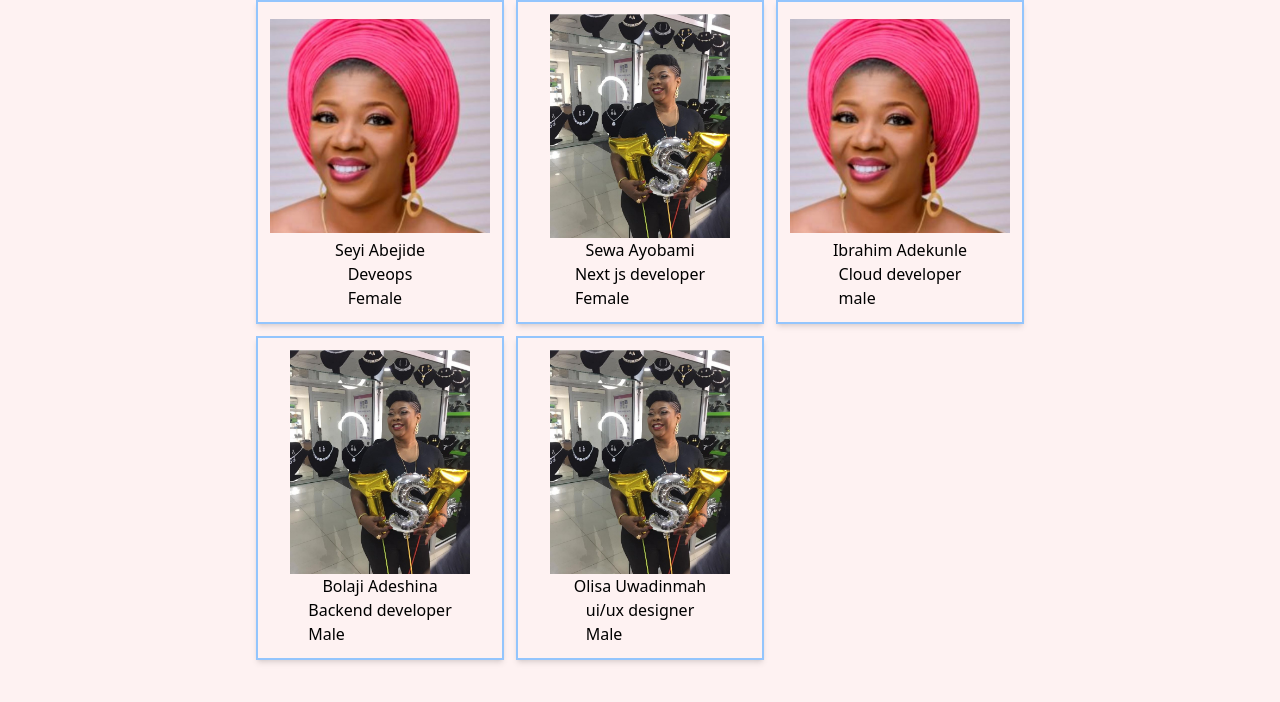
Repository: Semanmernstack/Bincom
Page: /
An editor plug-in stored every save of this project. The page is shown before and after the next save, followed by the edit.
The browser window is 1280 px wide. The pictures show the whole page.
The project was rebuilt for these pictures with package versions that can differ from the ones it lists, and the page was loaded fresh each time. The framework's server and built-in components were replaced by stand-ins that run in the browser. Also part of the build but not shown: next.config.mjs.

Above is the page before, as saved 2024-01-25 05:33:08.

### app/layout.tsx
import type { Metadata } from "next";
import { Inter } from "next/font/google";
import "./globals.css";

const inter = Inter({ subsets: ["latin"] });

export const metadata: Metadata = {
  title: "Create Next App",
  description: "Generated by create next app",
};

export default function RootLayout({
  children,
}: Readonly<{
  children: React.ReactNode;
}>) {
  return (
    <html lang="en">
      <body className=" min-h-screen bg-red-50">{children}</body>
    </html>
  );
}

### app/page.tsx
import slidefour from "../public/slidefour.png"


import slidethree from "../public/slidethree.png"
import SetUp from "./components/SetUp";


const data = [
  {
    id: "1",
    title: "Seyi Abejide",
    image:"slidefour.png",
    role: "Deveops",
    gender: "Female",

  },
  {
    id: "2",
    title: "Sewa Ayobami",
    image: "slidethree.png",
    role: "Next js developer",
    gender: "Female"

  },
  {
    id: "3",
    title: "Ibrahim Adekunle",
    image:"slidefour.png",
    role: "Cloud developer",
    gender: "male",

  },
  {
    id: "4",
    title: "Bolaji Adeshina",
    image: "slidethree.png",
    role: "Backend developer",
    gender: "Male",

  },
  {
    id: "5",
    title: "Olisa Uwadinmah",
    image: "slidethree.png",
    role: "ui/ux designer",
    gender: "Male",

  },


];



export default function Home() {
  return (
    <main className=" flex flex-col max-w-3xl mx-auto ">
      <div className="grid grid-cols-1 sm:grid-cols-2 md:grid-cols-3 gap-3">
          {data.map((p, index)=> (
              <div className=" border-2 border-blue-300 shadow-md items-center justify-center flex" key={index}>
                <SetUp
                  id={p.id}
                  title={p.title}
                  image={p.image}
                  role={p.role}
                  gender= {p.gender}
                />
              </div>

          ))}


      </div>



    </main>
  );
}

### app/components/SetUp.tsx
import React from 'react'
interface B {
    id: string
    title: string
    image: string
    role: string
    gender: string
}


function SetUp({id, title, image, role, gender}:B) {
  return (
    <div className=' p-3 '>
      <img src={image} alt="image" className='h-56 w-56  object-contain' />
      <div className='flex flex-col items-center justify-between'>
        <h1>{title}</h1>
        <div>
          <h2>{role}</h2>
          <h2>{gender}</h2>
        </div>

        <div>

        </div>

      </div>

    </div>
  )
}

export default SetUp

Loaded but not shown: app/globals.css (common file); tailwind.config.ts (common file)

After the next save:
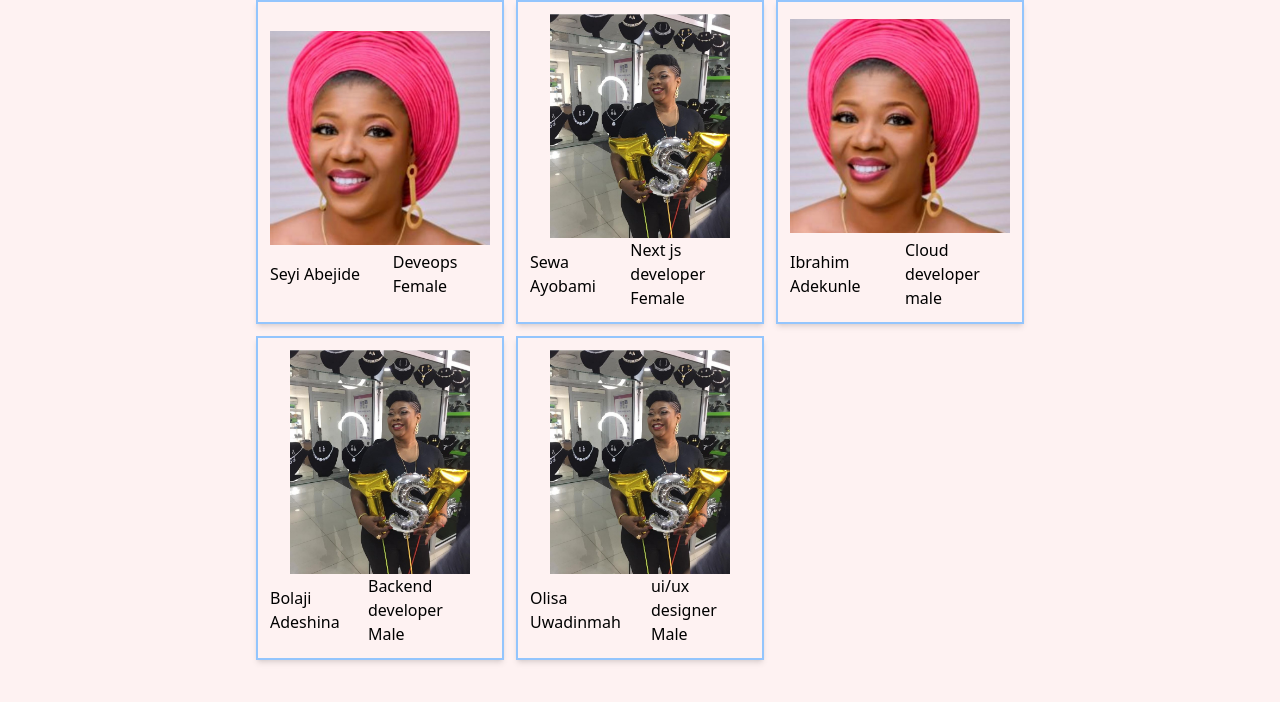
Saved 35 s later.
--- a/app/components/SetUp.tsx
+++ b/app/components/SetUp.tsx
@@ -12,7 +12,7 @@
   return (
     <div className=' p-3 '>
       <img src={image} alt="image" className='h-56 w-56  object-contain' />
-      <div className='flex flex-col items-center justify-between'>
+      <div className='flex items-center justify-between'>
         <h1>{title}</h1>
         <div>
           <h2>{role}</h2>

After the save that followed:
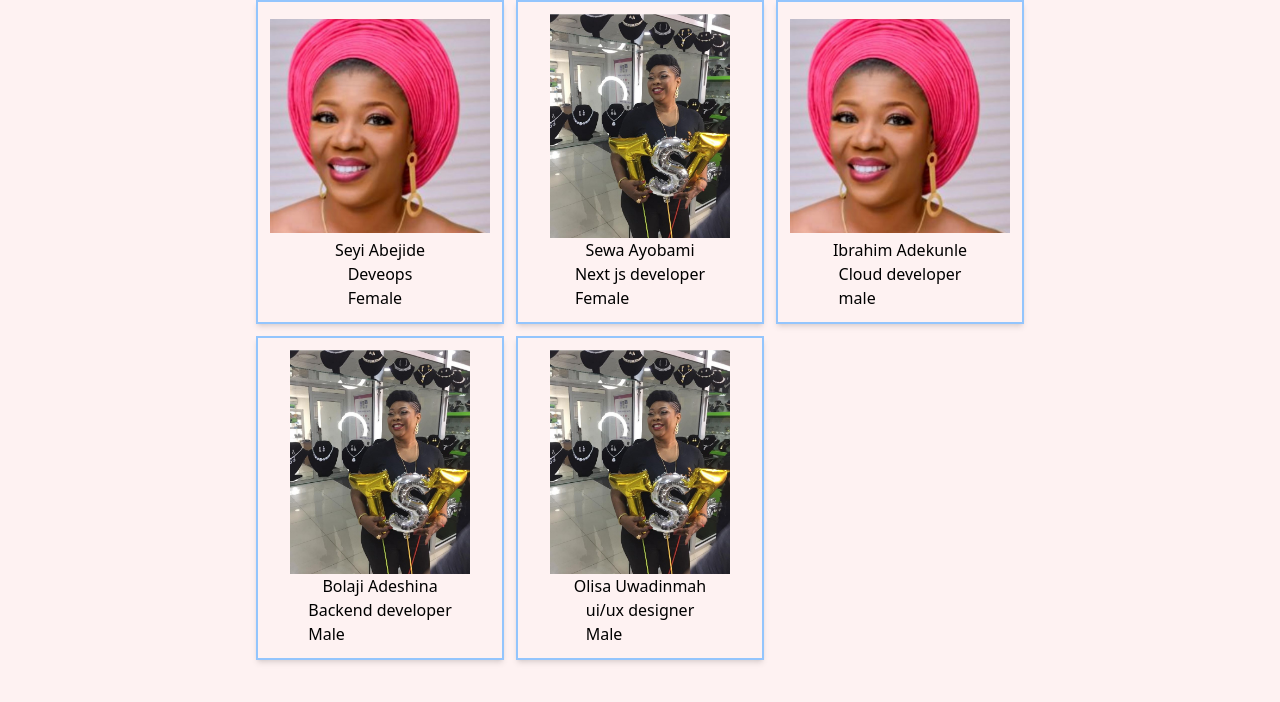
Saved 25 s later.
--- a/app/components/SetUp.tsx
+++ b/app/components/SetUp.tsx
@@ -12,7 +12,7 @@
   return (
     <div className=' p-3 '>
       <img src={image} alt="image" className='h-56 w-56  object-contain' />
-      <div className='flex items-center justify-between'>
+      <div className='flex flex-col items-center justify-between'>
         <h1>{title}</h1>
         <div>
           <h2>{role}</h2>
